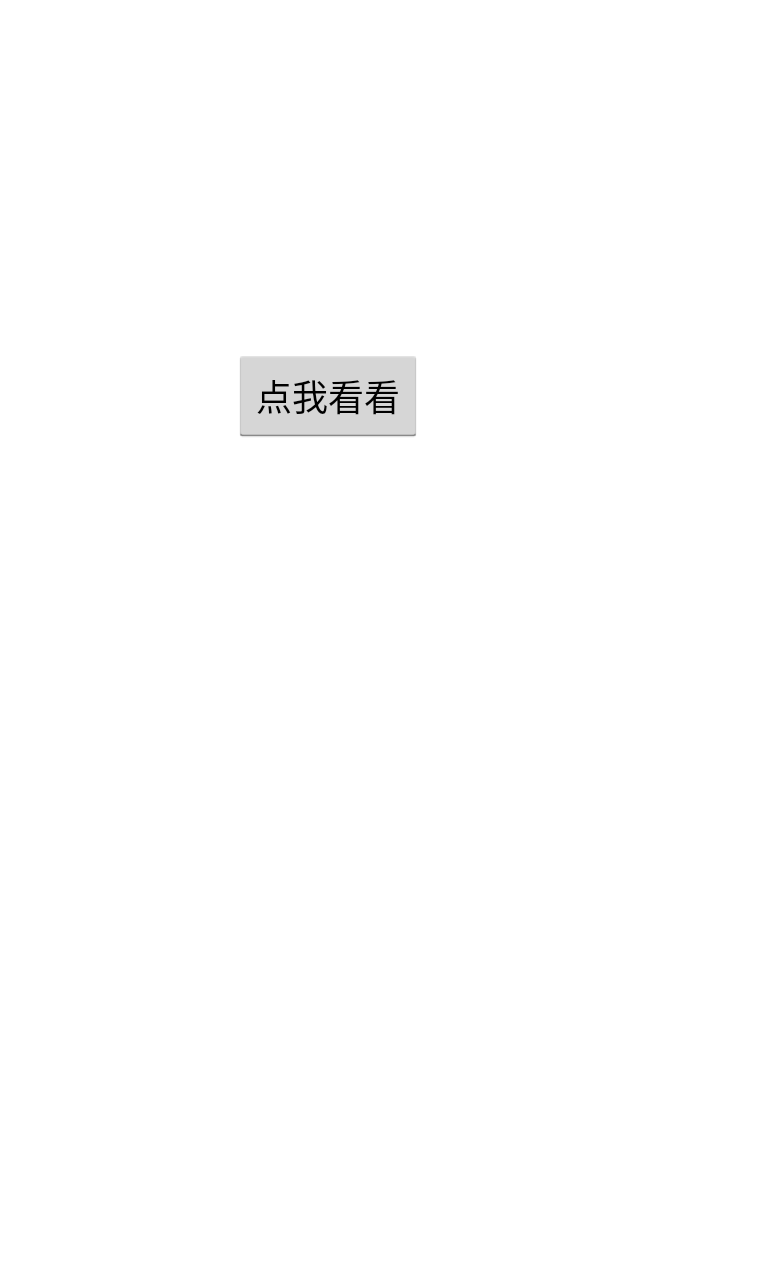
Repository: 17390089054/android
Layout: AlertDialog/res/layout/activity_main.xml
These files come from the project's save history. The layout is drawn as it stood at one moment and after the next save; the edit follows.
It is drawn on a 768 x 1280 px phone screen (xhdpi) without system bars, with theme AppTheme; the app's code is not run.

Above is the layout before, as saved 2018-05-03 14:25:41.

### AlertDialog/res/layout/activity_main.xml
<RelativeLayout xmlns:android="http://schemas.android.com/apk/res/android"
    xmlns:tools="http://schemas.android.com/tools"
    android:layout_width="match_parent"
    android:layout_height="match_parent"
    android:paddingBottom="@dimen/activity_vertical_margin"
    android:paddingLeft="@dimen/activity_horizontal_margin"
    android:paddingRight="@dimen/activity_horizontal_margin"
    android:paddingTop="@dimen/activity_vertical_margin"
    tools:context=".MainActivity" >

    <Button
        android:id="@+id/button1"
        android:layout_width="wrap_content"
        android:layout_height="wrap_content"
        android:layout_alignParentLeft="true"
        android:layout_alignParentTop="true"
        android:onClick="test"
        android:layout_marginLeft="100dp"
        android:layout_marginTop="158dp"
        android:text="点我看看" />

</RelativeLayout>

Loaded but not shown: AlertDialog/res/values/styles.xml (common file); AlertDialog/res/values-v11/styles.xml (common file); AlertDialog/res/values-v14/styles.xml (common file); AlertDialog/res/values/dimens.xml (common file)

After the next save:
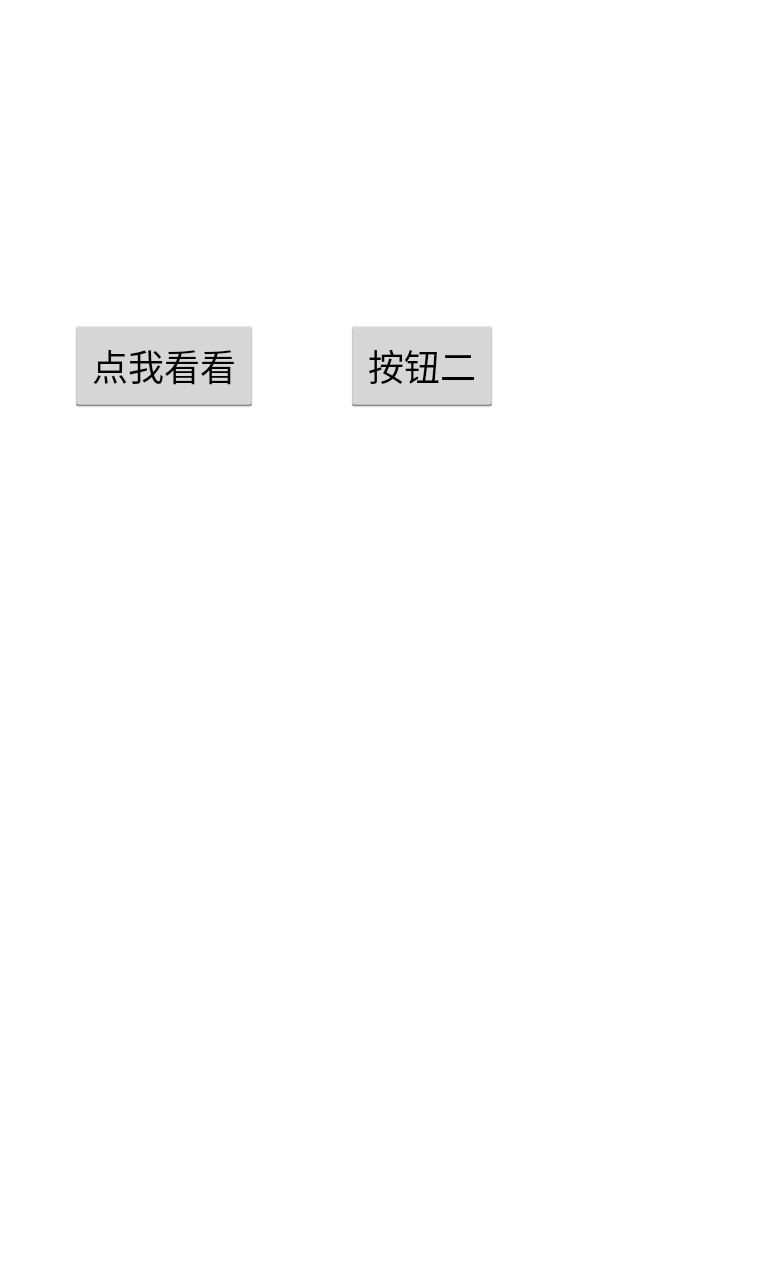
Saved 64 min 18 s later.
--- a/AlertDialog/res/layout/activity_main.xml
+++ b/AlertDialog/res/layout/activity_main.xml
@@ -14,9 +14,19 @@
         android:layout_height="wrap_content"
         android:layout_alignParentLeft="true"
         android:layout_alignParentTop="true"
+        android:layout_marginLeft="18dp"
+        android:layout_marginTop="143dp"
         android:onClick="test"
-        android:layout_marginLeft="100dp"
-        android:layout_marginTop="158dp"
         android:text="点我看看" />
 
+    <Button
+        android:id="@+id/button2"
+        android:layout_width="wrap_content"
+        android:layout_height="wrap_content"
+        android:layout_alignBaseline="@+id/button1"
+        android:layout_alignBottom="@+id/button1"
+        android:layout_marginLeft="42dp"
+        android:layout_toRightOf="@+id/button1"
+        android:text="按钮二" />
+
 </RelativeLayout>
